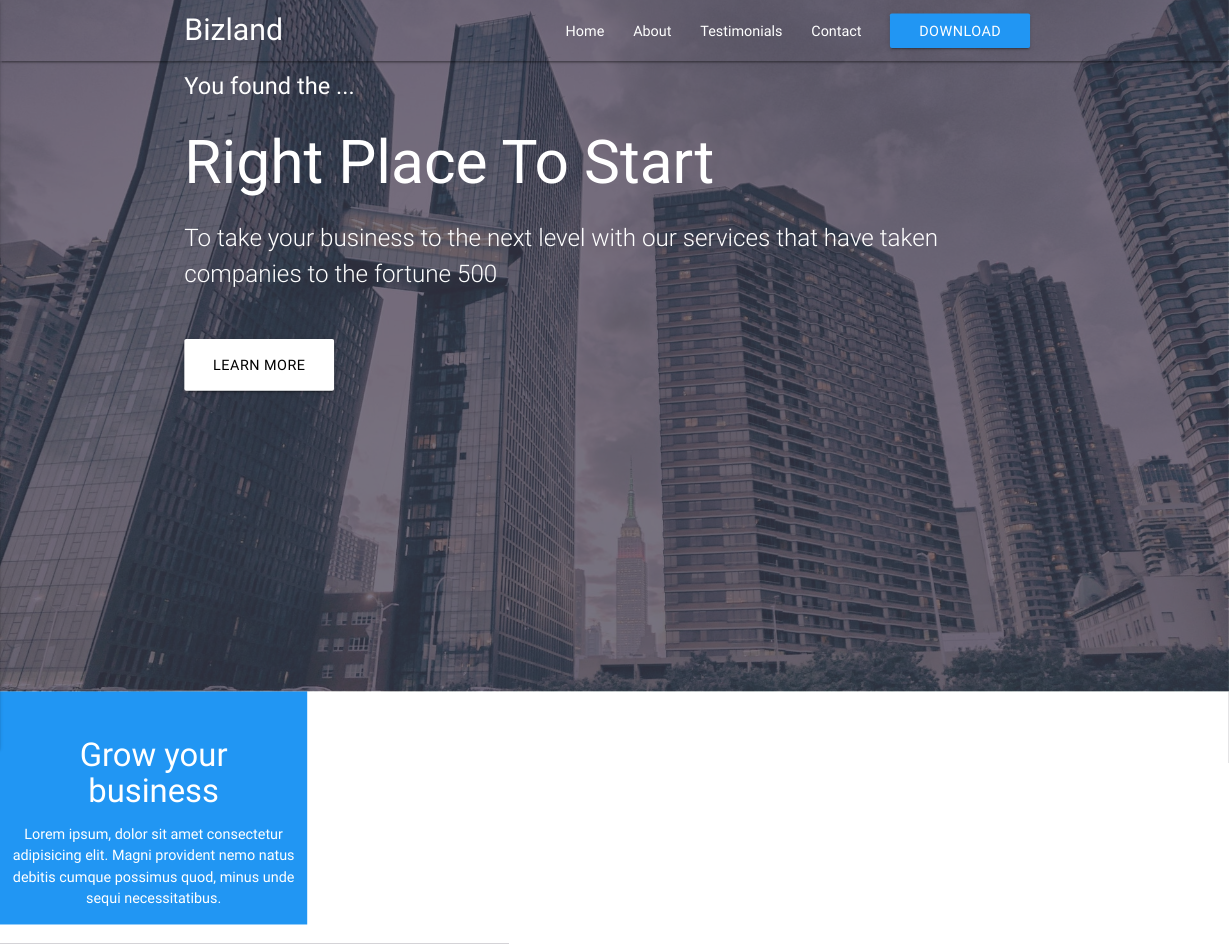
Repository: farrdy/bizland
Page: index.html
An editor plug-in stored every save of this project. The page is shown before and after the next save, followed by the edit.
The browser window is 1280 px wide. The pictures show the whole page, at 96% of full size.
Some web libraries are served in a nearby version.

Above is the page before, as saved 2020-01-04 13:40:03.

After the next save:
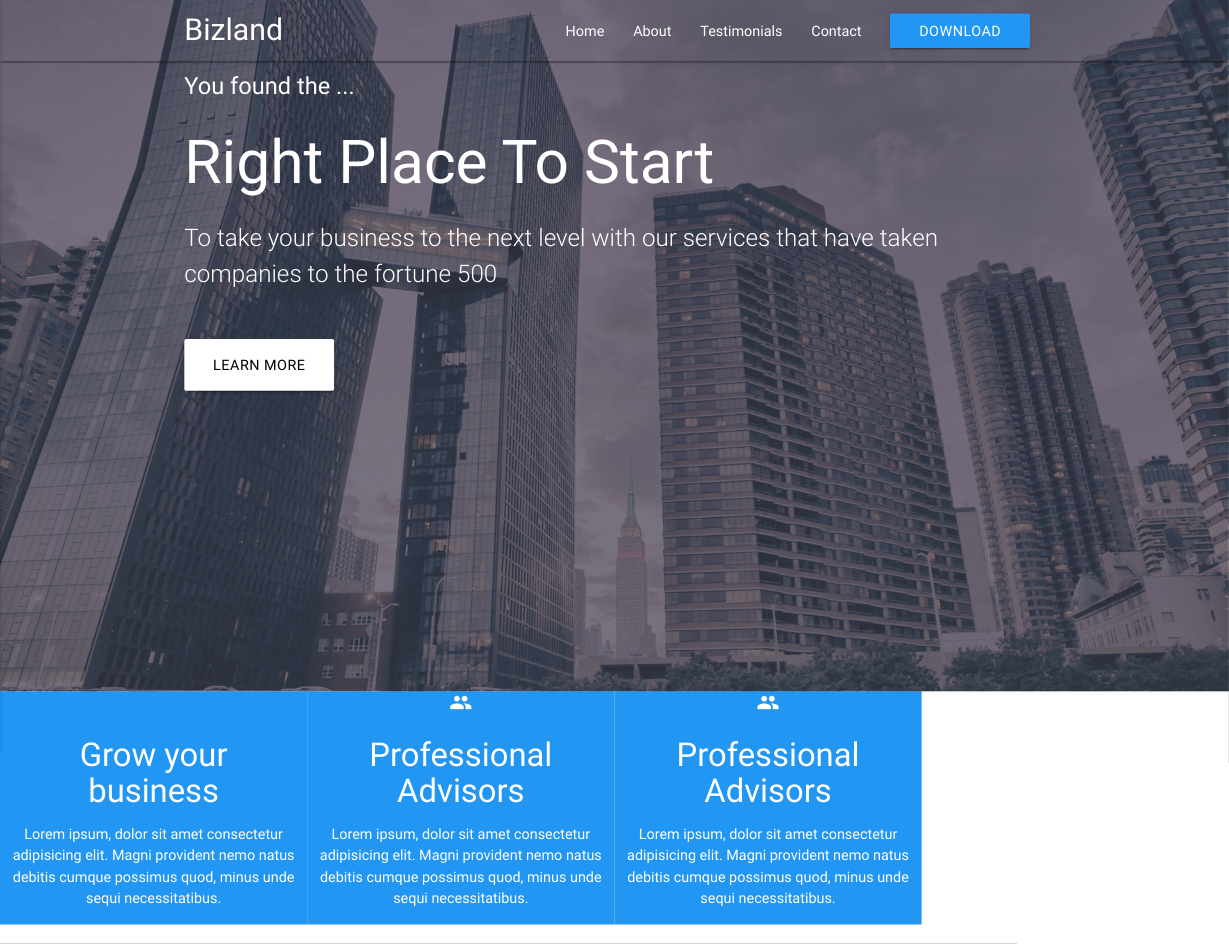
Saved 112 s later.
--- a/index.html
+++ b/index.html
@@ -105,6 +105,24 @@
             necessitatibus.
           </p>
         </div>
+        <div class="col s12 m6 l3 blue white-text box">
+          <i class="material-icons">people</i>
+          <h4>Professional Advisors</h4>
+          <p>
+            Lorem ipsum, dolor sit amet consectetur adipisicing elit. Magni
+            provident nemo natus debitis cumque possimus quod, minus unde sequi
+            necessitatibus.
+          </p>
+        </div>
+        <div class="col s12 m6 l3 blue white-text box">
+          <i class="material-icons">people</i>
+          <h4>Professional Advisors</h4>
+          <p>
+            Lorem ipsum, dolor sit amet consectetur adipisicing elit. Magni
+            provident nemo natus debitis cumque possimus quod, minus unde sequi
+            necessitatibus.
+          </p>
+        </div>
       </div>
     </section>
 
